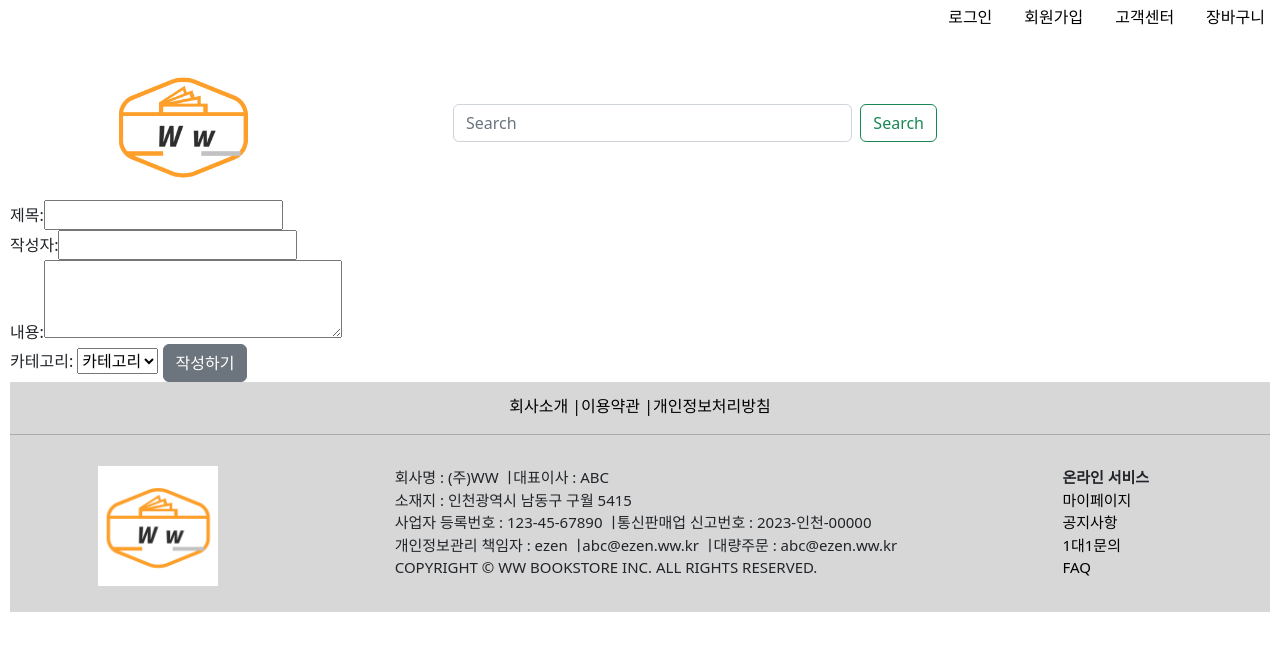
Repository: leehyeonung/project6
Page: http://localhost/book/WEB-INF/views/board/boardRegister.jsp
The author's editor kept a copy of each file at every save. The page is drawn from the files as they stood at one save, then again after the next save.
The browser window is 1280 px wide. The pictures show the whole page.
The page is served by Tomcat 9. Nobody is signed in. Other server files are loaded and not shown. The template is opened directly, without the code that normally fills it, so the values that code supplies are empty.

Above is the page before, as saved 2023-01-06 07:39:58.

### book/src/main/webapp/WEB-INF/views/board/boardRegister.jsp
<%@ page language="java" contentType="text/html; charset=UTF-8"
    pageEncoding="UTF-8"%>
<!DOCTYPE html>
<html>
<head>
<meta charset="UTF-8">
<title>Insert title here</title>
<link rel="stylesheet" type="text/css" href="/resources/css/main.css">
</head>
<body>
<jsp:include page="../layout/header.jsp"></jsp:include>
<div class="main">
<form action="/board/register" method="post">
제목:<input type="text" name="brd_title" required><br>
작성자:<input type="text" name="brd_writer" value="${ses.mem_id}" readonly><br>
내용:<textarea rows="3" cols="30" name="brd_content"></textarea><br>
카테고리:	<select name="brd_category">
    			<option>카테고리</option>
    			<option>질문</option>
    			<option>자유</option>
    			<option>테스트</option>
  			</select>


<div name="brd_mem_num" value="${ses.mem_num}" hidden></div>
<button type="submit" class="btn btn-secondary">작성하기</button>
</div>
<jsp:include page="../layout/footer.jsp"></jsp:include>
</body>
</html>

### book/src/main/webapp/WEB-INF/views/layout/header.jsp
<%@ page language="java" contentType="text/html; charset=UTF-8"
    pageEncoding="UTF-8"%>
<%@ taglib uri="http://java.sun.com/jsp/jstl/core" prefix="c"%>
<!DOCTYPE html>
<html>
<head>
<meta charset="UTF-8">
<title>Insert title here</title>
<!-- CSS only -->
<link href="https://cdn.jsdelivr.net/npm/bootstrap@5.2.2/dist/css/bootstrap.min.css"
rel="stylesheet" integrity="sha384-Zenh87qX5JnK2Jl0vWa8Ck2rdkQ2Bzep5IDxbcnCeuOxjzrPF/et3URy9Bv1WTRi"
crossorigin="anonymous">
<link rel="stylesheet" type="text/css" href="/resources/css/header.css">
</head>
<body>
<div class="header">
    <div class="menu">
        <c:if test="${ses.mem_id ==null}">
        <ul><a href="/mem/loginPage">로그인</a></ul>
        <ul><a href="/mem/joinPage">회원가입</a></ul>
        </c:if>
        <c:if test="${ses.mem_id == 'admin' }">
        <ul><a href="/mem/logOut">로그아웃</a></ul>
        <ul><a href="/mem/adminpage">관리인페이지</a></ul>
        </c:if>
        <c:if test="${ses.mem_id !=null && ses.mem_id !='admin' }">
        <ul><a href="/mem/logOut">로그아웃</a></ul>
        <ul><a href="/mem/mypage">마이페이지</a></ul>
        </c:if>
        <ul><a href="#">고객센터</a></ul>
        <ul><a href="#">장바구니</a></ul>
    </div>
    <div class="bar">
       <div class="logo">
         <a href="/"><img src="/resources/image/logo.jpg" alt="로고"></a>
       </div>
         <div class="searchBar">
            <form class="d-flex" role="search">
                 <input class="form-control me-2" type="search" placeholder="Search" aria-label="Search">
                 <button class="btn btn-outline-success" type="submit">Search</button>
              </form>
         </div>
       <div class="icons">
         <a href=""><i class="fa-solid fa-cart-shopping"></i></a>
            <a href=""><i class="fa-solid fa-user"></i></a>
       </div>
    </div>
</div>
</body>
</html>

### book/src/main/webapp/WEB-INF/views/layout/footer.jsp
<%@ page language="java" contentType="text/html; charset=UTF-8"
   pageEncoding="UTF-8"%>
<!DOCTYPE html>
<html>
<head>
<meta charset="UTF-8">
<title>Insert title here</title>
<link rel="stylesheet" type="text/css" href="/resources/css/footer.css">

</head>

<body>
   <div class="footer">
      <div class="footer-top">
         <ul>
            <li><a href="/introduce">회사소개 | </a></li>
            <li><a href="">이용약관 | </a></li>
            <li><a href="">개인정보처리방침</a></li>
         </ul>
      </div>
      <hr>
      <div class="address">
         <div class="footer-logo">
            <img src="/resources/image/logo.jpg" alt="로고">
         </div>
         <div class="address-box">
            <ul>
               <li>회사명 : (주)WW <span style="margin-right: -7px;">ㅣ</span>
                  대표이사 : ABC
               </li>

               <li>소재지 : 인천광역시 남동구 구월 5415</li>
               <li>사업자 등록번호 : 123-45-67890 <span style="margin-right: -7px;">ㅣ</span>
                  통신판매업 신고번호 : 2023-인천-00000
               </li>

               <li>개인정보관리 책임자 : ezen <span style="margin-right: -7px;">ㅣ</span>
                  abc@ezen.ww.kr <span style="margin-right: -7px;">ㅣ</span> 대량주문 :
                  abc@ezen.ww.kr
               </li>

               <li>COPYRIGHT © WW BOOKSTORE INC. ALL RIGHTS RESERVED.</li>

            </ul>

         </div>
         <div class="online-serviceBar">
            <strong>온라인 서비스</strong>
            <ul>
               <li><a href="">마이페이지</a></li>
               <li><a href="">공지사항</a></li>
               <li><a href="">1대1문의</a></li>
               <li><a href="">FAQ</a></li>
            </ul>
         </div>
      </div>
   </div>

</body>
</html>

### book/src/main/webapp/resources/css/main.css
@charset "UTF-8";

.main{
	width:1260px;
	margin: 0 auto;
}

### book/src/main/webapp/resources/css/header.css
body{
    margin:0 auto;
}
.header{
	margin:0 auto;
    width: 1260px;
    height: 200px;
   /*  background-color: pink; */
}
.menu{
   display: flex;
   justify-content: flex-end;
   padding:5px;

}
.logo{
    width: 150px;
    height: 150px;
    background-color: blue;
}
.logo>a>img{
    width: 150px;
    height: 150px;
}
.searchBar{
   /* position:absolute; */
    width: 484px;
    height: 42px;
    /* background-color: gold; */
    margin-top:54px;
    border-radius: 30px;

}
.bar{

   height: 150px;
   display: flex;
   flex-direction: row;
   flex-wrap:nowrap;
   justify-content:space-around;
/*    align-items: baseline; */


}
i{
    font-size: 42px;
    color: black;
    margin-top:54px;
    margin-right: 20px;
}
</style>

### book/src/main/webapp/resources/css/footer.css
.footer {
   width: 1260px;
   height: 230px;
   background-color: rgba(175, 175, 175, 0.5);
   margin: 0 auto;
}

.footer-logo {

   width: 120px;
   height: 120px;
   background-color: beige;
}
.footer-logo>img{
   width: 120px;
   height: 120px;
}

.address-box {
   text-align: left;
   padding: 0;
   margin: 0;
}

.address {
   padding: 15px;
   height: 150px;
   display: flex;
   font-size: 15px;
   /* align-items: baseline; */
   flex-direction: row;
   flex-wrap: nowrap;
   justify-content: space-around;
}

ul {
   list-style: none;
}

.footer, .address li {

}

.footer-top {
   text-align: center;
   padding-top: 12px;
}

.footer-top>ul {
   margin: 0;
   padding: 0;
   display: flex;
   justify-content: center;
}

.footer-top>li {
   margin: 0;
   padding: 0;
}

a {
   text-decoration-line: none;
   color: black;
}

a:visited {
   text-decoration: none;
}

a:hover {
   text-decoration: none;
}

a:focus {
   text-decoration: none;
}

a:hover, a:active {
   text-decoration: none;
}

.online-serviceBar {
   padding: 0px;
   margin-left: 20px;
   width: 120px;
   height: 120px;
}

.online-serviceBar>ul {
   margin: 0px;
   padding: 0px;
}

</style>

After the next save:
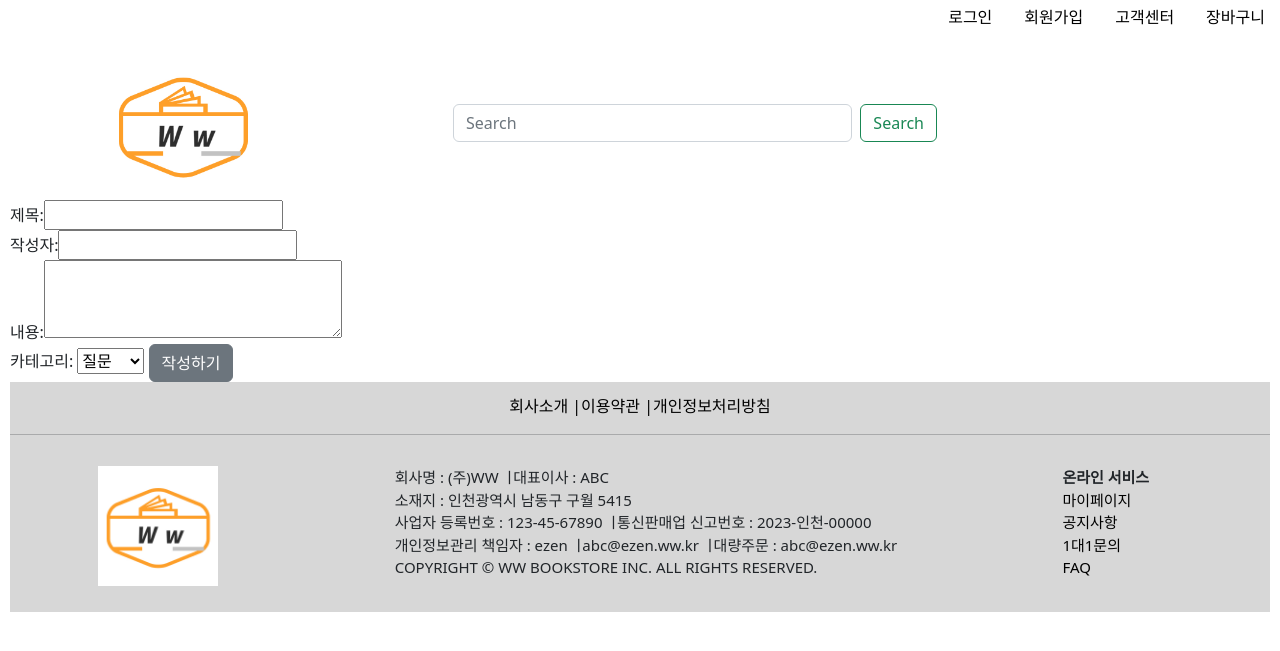
Saved 4 min 18 s later.
--- a/book/src/main/webapp/WEB-INF/views/board/boardRegister.jsp
+++ b/book/src/main/webapp/WEB-INF/views/board/boardRegister.jsp
@@ -15,7 +15,6 @@
 작성자:<input type="text" name="brd_writer" value="${ses.mem_id}" readonly><br>
 내용:<textarea rows="3" cols="30" name="brd_content"></textarea><br>
 카테고리:	<select name="brd_category">
-    			<option>카테고리</option>
     			<option>질문</option>
     			<option>자유</option>
     			<option>테스트</option>
